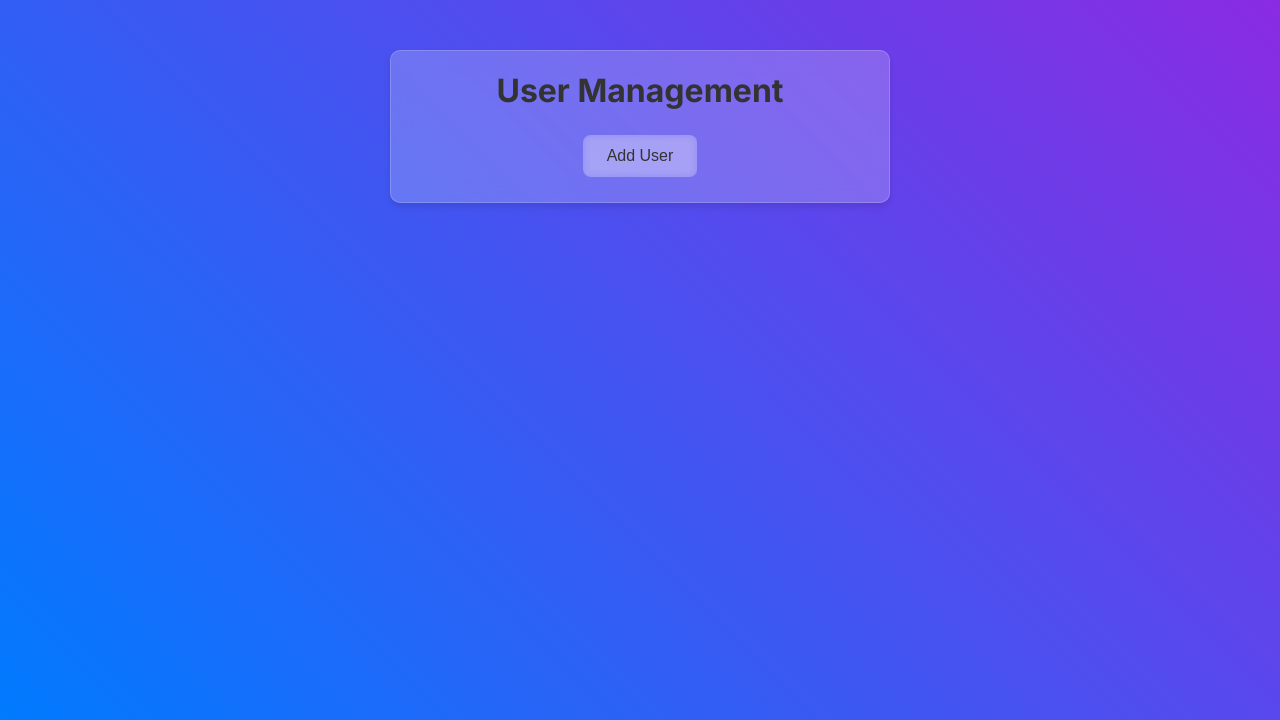
Repository: EeeeeEyyyy/crud-proj
Page: /
These files come from the project's save history. The page is drawn as it stood at one moment and after the next save; the edit follows.
The browser window is 1280 px wide. The pictures show the whole page.
The page's requests for data from a server got no answer. The project was rebuilt for these pictures with package versions that can differ from the ones it lists, and the page was loaded fresh each time. The framework's server and built-in components were replaced by stand-ins that run in the browser. No one was signed in, and anything a server would have sent is missing. Also part of the build but not shown: next.config.mjs.

Above is the page before, as saved 2024-06-24 15:03:00.

### src/app/page.js
"use client";

import React, { useEffect, useState } from 'react';
import axios from 'axios';

const Page = () => {
  const [users, setUsers] = useState([]);
  const [isCreateModalOpen, setCreateModalOpen] = useState(false);
  const [isUpdateModalOpen, setUpdateModalOpen] = useState(false);
  const [isDeleteModalOpen, setDeleteModalOpen] = useState(false);
  const [selectedUser, setSelectedUser] = useState(null);
  const [newUser, setNewUser] = useState({ name: '', email: '' });

  useEffect(() => {
    fetchUsers();
  }, []);

  const fetchUsers = async () => {
    try {
      const response = await axios.get('https://jsonplaceholder.typicode.com/users');
      setUsers(response.data);
    } catch (error) {
      console.error('Error fetching users:', error);
    }
  };

  const addUser = async () => {
    try {
      const response = await axios.post('https://jsonplaceholder.typicode.com/users', newUser);
      setUsers([...users, response.data]);
      setCreateModalOpen(false);
    } catch (error) {
      console.error('Error adding user:', error);
    }
  };

  const updateUser = async (id) => {
    try {
      const response = await axios.put(`https://jsonplaceholder.typicode.com/users/${id}`, selectedUser);
      setUsers(users.map((user) => (user.id === id ? response.data : user)));
      setUpdateModalOpen(false);
    } catch (error) {
      console.error('Error updating user:', error);
    }
  };

  const deleteUser = async (id) => {
    try {
      await axios.delete(`https://jsonplaceholder.typicode.com/users/${id}`);
      setUsers(users.filter((user) => user.id !== id));
      setDeleteModalOpen(false);
    } catch (error) {
      console.error('Error deleting user:', error);
    }
  };

  const openCreateModal = () => {
    setNewUser({ name: '', email: '' });
    setCreateModalOpen(true);
  };

  const closeCreateModal = () => {
    setCreateModalOpen(false);
  };

  const openUpdateModal = (user) => {
    setSelectedUser(user);
    setUpdateModalOpen(true);
  };

  const closeUpdateModal = () => {
    setSelectedUser(null);
    setUpdateModalOpen(false);
  };

  const openDeleteModal = (user) => {
    setSelectedUser(user);
    setDeleteModalOpen(true);
  };

  const closeDeleteModal = () => {
    setSelectedUser(null);
    setDeleteModalOpen(false);
  };

  return (
    <div className="container">
      <h1>User Management</h1>
      <button onClick={openCreateModal} className="glassButton">Add User</button>
      <ul>
        {users.map((user) => (
          <li key={user.id}>
            {user.name} - {user.email}
            <button onClick={() => openUpdateModal(user)} className="glassButton">Update</button>
            <button onClick={() => openDeleteModal(user)} className="glassButton">Delete</button>
          </li>
        ))}
      </ul>

      {isCreateModalOpen && (
        <div className="modalOverlay">
          <div className="modal">
            <h2>Add User</h2>
            <input
              type="text"
              placeholder="Name"
              value={newUser.name}
              onChange={(e) => setNewUser({ ...newUser, name: e.target.value })}
            />
            <input
              type="email"
              placeholder="Email"
              value={newUser.email}
              onChange={(e) => setNewUser({ ...newUser, email: e.target.value })}
            />
            <button onClick={addUser} className="glassButton">Add</button>
            <button onClick={closeCreateModal} className="closeButton">Close</button>
          </div>
        </div>
      )}

      {isUpdateModalOpen && selectedUser && (
        <div className="modalOverlay">
          <div className="modal">
            <h2>Update User</h2>
            <input
              type="text"
              placeholder="Name"
              value={selectedUser.name}
              onChange={(e) => setSelectedUser({ ...selectedUser, name: e.target.value })}
            />
            <input
              type="email"
              placeholder="Email"
              value={selectedUser.email}
              onChange={(e) => setSelectedUser({ ...selectedUser, email: e.target.value })}
            />
            <button onClick={() => updateUser(selectedUser.id)} className="glassButton">Update</button>
            <button onClick={closeUpdateModal} className="closeButton">Close</button>
          </div>
        </div>
      )}

      {isDeleteModalOpen && selectedUser && (
        <div className="modalOverlay">
          <div className="modal">
            <h2>Are you sure you want to delete {selectedUser.name}?</h2>
            <button onClick={() => deleteUser(selectedUser.id)} className="glassButton">Yes</button>
            <button onClick={closeDeleteModal} className="closeButton">No</button>
          </div>
        </div>
      )}
    </div>
  );
};

export default Page;

### src/app/globals.css
* {
  box-sizing: border-box;
  padding: 0;
  margin: 0;
}
html,
body {
  max-width: 100vw;
  overflow-x: hidden;
  background: linear-gradient(45deg, rgb(0, 123, 255), rgb(138, 43, 226)); /* Blue to Violet */
  height: 100%;
  margin: 0;
  padding: 0;
  font-family: Arial, sans-serif;
}
a {
  color: inherit;
  text-decoration: none;
}
.main {
  display: flex;
  flex-direction: column;
  justify-content: space-between;
  align-items: center;
  padding: 6rem;
  min-height: 100vh;
}
.description {
  display: inherit;
  justify-content: inherit;
  align-items: inherit;
  font-size: 0.85rem;
  max-width: var(--max-width);
  width: 100%;
  z-index: 2;
  font-family: var(--font-mono);
}
.description a {
  display: flex;
  justify-content: center;
  align-items: center;
  gap: 0.5rem;
}
.description p {
  position: relative;
  margin: 0;
  padding: 1rem;
  background-color: rgba(var(--callout-rgb), 0.5);
  border: 1px solid rgba(var(--callout-border-rgb), 0.3);
  border-radius: var(--border-radius);
}
.code {
  font-weight: 700;
  font-family: var(--font-mono);
}
.grid {
  display: grid;
  grid-template-columns: repeat(4, minmax(25%, auto));
  max-width: 100%;
  width: var(--max-width);
}
.card {
  padding: 1rem 1.2rem;
  border-radius: var(--border-radius);
  background: rgba(var(--card-rgb), 0);
  border: 1px solid rgba(var(--card-border-rgb), 0);
  transition: background 200ms, border 200ms;
}
.card span {
  display: inline-block;
  transition: transform 200ms;
}

.card h2 {
  font-weight: 600;
  margin-bottom: 0.7rem;
}
.card p {
  margin: 0;
  opacity: 0.6;
  font-size: 0.9rem;
  line-height: 1.5;
  max-width: 30ch;
  text-wrap: balance;
}
.center {
  display: flex;
  justify-content: center;
  align-items: center;
  position: relative;
  padding: 4rem 0;
}
.center::before {
  background: var(--secondary-glow);
  border-radius: 50%;
  width: 480px;
  height: 360px;
  margin-left: -400px;
}
.center::after {
  background: var(--primary-glow);
  width: 240px;
  height: 180px;
  z-index: -1;
}
.center::before,
.center::after {
  content: "";
  left: 50%;
  position: absolute;
  filter: blur(45px);
  transform: translateZ(0);
}
.logo {
  position: relative;
}
/* Enable hover only on non-touch devices */
@media (hover: hover) and (pointer: fine) {
  .card:hover {
    background: rgba(var(--card-rgb), 0.1);
    border: 1px solid rgba(var(--card-border-rgb), 0.15);
  }
  .card:hover span {
    transform: translateX(4px);
  }
}
@media (prefers-reduced-motion) {
  .card:hover span {
    transform: none;
  }
}
/* Mobile */
@media (max-width: 700px) {
  .content {
    padding: 4rem;
  }
  .grid {
    grid-template-columns: 1fr;
    margin-bottom: 120px;
    max-width: 320px;
    text-align: center;
  }
  .card {
    padding: 1rem 2.5rem;
  }

  .card h2 {
    margin-bottom: 0.5rem;
  }

  .center {
    padding: 8rem 0 6rem;
  }

  .center::before {
    transform: none;
    height: 300px;
  }

  .description {
    font-size: 0.8rem;
  }

  .description a {
    padding: 1rem;
  }

  .description p,
  .description div {
    display: flex;
    justify-content: center;
    position: fixed;
    width: 100%;
  }

  .description p {
    align-items: center;
    inset: 0 0 auto;
    padding: 2rem 1rem 1.4rem;
    border-radius: 0;
    border: none;
    border-bottom: 1px solid rgba(var(--callout-border-rgb), 0.25);
    background: linear-gradient(
      to bottom,
      rgba(var(--background-start-rgb), 1),
      rgba(var(--callout-rgb), 0.5)
    );
    background-clip: padding-box;
    backdrop-filter: blur(24px);
  }

  .description div {
    align-items: flex-end;
    pointer-events: none;
    inset: auto 0 0;
    padding: 2rem;
    height: 200px;
    background: linear-gradient(
      to bottom,
      transparent 0%,
      rgb(var(--background-end-rgb)) 40%
    );
    z-index: 1;
  }
}

/* Tablet and Smaller Desktop */
@media (min-width: 701px) and (max-width: 1120px) {
  .grid {
    grid-template-columns: repeat(2, 50%);
  }
}

@media (prefers-color-scheme: dark) {
  .vercelLogo {
    filter: invert(1);
  }

  .logo {
    filter: invert(1) drop-shadow(0 0 0.3rem #ffffff70);
  }
}

@keyframes rotate {
  from {
    transform: rotate(360deg);
  }
  to {
    transform: rotate(0deg);
  }
}
.container {
  max-width: 1000px;
  margin: 50px auto;
  padding: 20px;
  background: rgba(0, 123, 255, 0.2);
  border: 1px solid rgba(0, 123, 255, 0.18);
  border-radius: 10px;
  backdrop-filter: blur(10px);
  box-shadow: 0 4px 6px rgba(0, 0, 0, 0.1);
  text-align: center;
}

h1 {
  font-size: 2em;
  margin-bottom: 20px;
  color: #333;
}

/* Glass Button Styles */
.glassButton {
  background: rgba(255, 255, 255, 0.2);
  border: none;
  padding: 12px 24px;
  font-size: 16px;
  color: #333;
  cursor: pointer;
  outline: none;
  transition: background-color 0.3s ease, transform 0.3s ease;
  backdrop-filter: blur(5px);
  border-radius: 8px;
  margin: 5px;
}

.glassButton:hover {
  background: rgba(255, 255, 255, 0.3);
  transform: scale(1.05);
}

/* Modal Styles */
.modalOverlay {
  position: fixed;
  top: 0;
  left: 0;
  right: 0;
  bottom: 0;
  background-color: rgba(0, 0, 0, 0.5);
  display: flex;
  justify-content: center;
  align-items: center;
  z-index: 1000;
}

.modal {
  background: rgba(255, 255, 255, 0.8);
  padding: 20px;
  border-radius: 8px;
  width: 400px;
  max-width: 90%;
  box-shadow: 0 4px 6px rgba(0, 0, 0, 0.1);
  backdrop-filter: blur(10px);
  position: relative;
}

.closeButton {
  background: rgba(255, 255, 255, 0.5);
  padding: 8px;
  border-radius: 50%;
  border: none;
  font-size: 20px;
  cursor: pointer;
  position: absolute;
  top: 10px;
  right: 10px;
  transition: background-color 0.3s ease;
}

.closeButton:hover {
  background: rgba(255, 255, 255, 0.8);
}

/* List Styles */
ul {
  list-style-type: none;
  padding: 0;
}

li {
  display: flex;
  justify-content: space-between;
  align-items: center;
  padding: 10px;
  border-bottom: 1px solid rgba(0, 0, 0, 0.1);
  color: #333;
}

/* Input Styles */
input {
  display: block;
  width: calc(100% - 20px);
  margin: 10px 0;
  padding: 10px;
  border: 1px solid rgba(0, 0, 0, 0.1);
  border-radius: 4px;
  font-size: 16px;
}
.container { max-width: 500px; margin: 50px auto; padding: 20px; background: rgba(255, 255, 255, 0.2); border: 1px solid rgba(255, 255, 255, 0.18); border-radius: 10px; backdrop-filter: blur(10px); box-shadow: 0 4px 6px rgba(0, 0, 0, 0.1); text-align: center; }
h1 { font-size: 2em; margin-bottom: 20px; color: #333; }
.glassButton { background: rgba(255, 255, 255, 0.2); border: none; padding: 12px 24px; font-size: 16px; color: #333; cursor: pointer; outline: none; transition: background-color 0.3s ease, transform 0.3s ease; backdrop-filter: blur(5px); border-radius: 8px; margin: 5px; }
.glassButton:hover { background: rgba(255, 255, 255, 0.3); transform: scale(1.05); }
.modalOverlay { position: fixed; top: 0; left: 0; right: 0; bottom: 0; background-color: rgba(0, 0, 0, 0.5); display: flex; justify-content: center; align-items: center; z-index: 1000; }
.modal { background: rgba(255, 255, 255, 0.8); padding: 20px; border-radius: 8px; width: 400px; max-width: 90%; box-shadow: 0 4px 6px rgba(0, 0, 0, 0.1); backdrop-filter: blur(10px); position: relative; }
.closeButton { background: rgba(255, 255, 255, 0.5); padding: 8px; border-radius: 50%; border: none; font-size: 20px; cursor: pointer; position: absolute; top: 10px; right: 10px; transition: background-color 0.3s ease; }
.closeButton:hover { background: rgba(255, 255, 255, 0.8); }
ul { list-style-type: none; padding: 0; }
li { display: flex; justify-content: space-between; align-items: center; padding: 10px; border-bottom: 1px solid rgba(0, 0, 0, 0.1); color: #333; }
input { display: block; width: calc(100% - 20px); margin: 10px 0; padding: 10px; border: 1px solid rgba(0, 0, 0, 0.1); border-radius: 4px; font-size: 16px; }

Loaded but not shown: src/app/layout.js (common file)

After the next save:
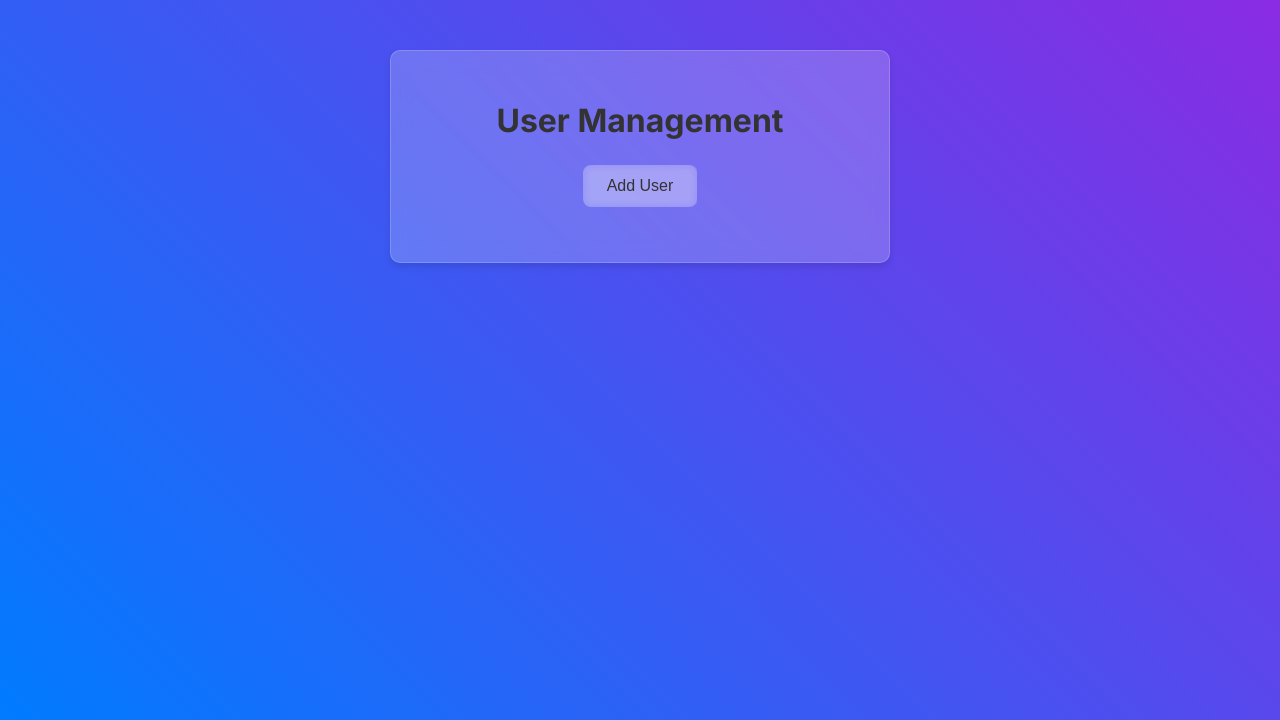
Saved 10 s later.
--- a/src/app/globals.css
+++ b/src/app/globals.css
@@ -334,7 +334,7 @@ input {
   border-radius: 4px;
   font-size: 16px;
 }
-.container { max-width: 500px; margin: 50px auto; padding: 20px; background: rgba(255, 255, 255, 0.2); border: 1px solid rgba(255, 255, 255, 0.18); border-radius: 10px; backdrop-filter: blur(10px); box-shadow: 0 4px 6px rgba(0, 0, 0, 0.1); text-align: center; }
+.container { max-width: 500px; margin: 50px auto; padding: 50px; background: rgba(255, 255, 255, 0.2); border: 1px solid rgba(255, 255, 255, 0.18); border-radius: 10px; backdrop-filter: blur(10px); box-shadow: 0 4px 6px rgba(0, 0, 0, 0.1); text-align: center; }
 h1 { font-size: 2em; margin-bottom: 20px; color: #333; }
 .glassButton { background: rgba(255, 255, 255, 0.2); border: none; padding: 12px 24px; font-size: 16px; color: #333; cursor: pointer; outline: none; transition: background-color 0.3s ease, transform 0.3s ease; backdrop-filter: blur(5px); border-radius: 8px; margin: 5px; }
 .glassButton:hover { background: rgba(255, 255, 255, 0.3); transform: scale(1.05); }
